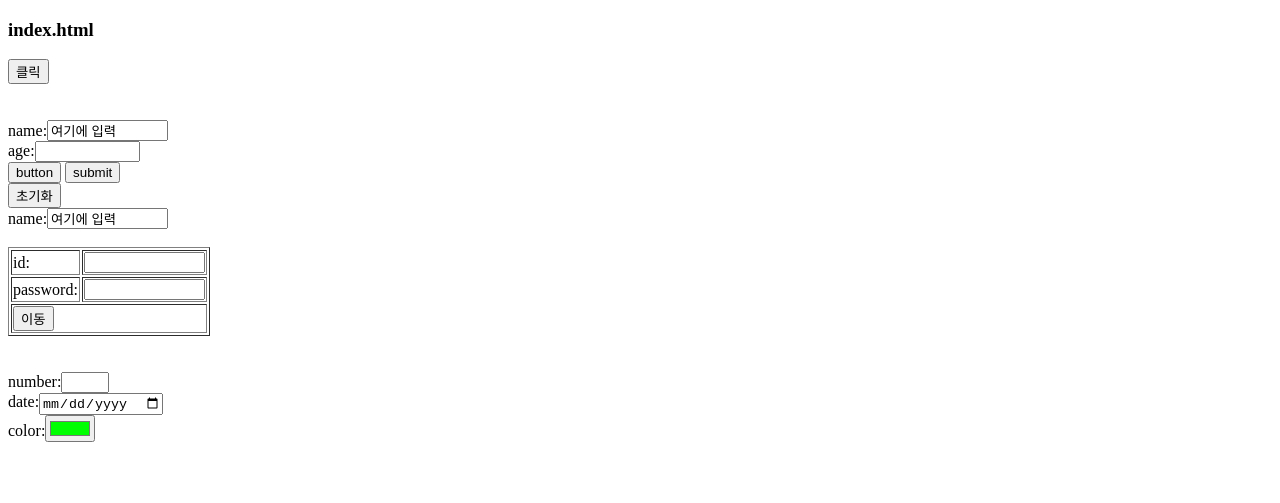
Repository: Jv2020/bitcamp
Page: html/sample04/WebContent/index.html
An editor plug-in stored every save of this project. The page is shown before and after the next save, followed by the edit.
The browser window is 1280 px wide. The pictures show the whole page.

Above is the page before, as saved 2020-01-03 02:53:23.

After the next save:
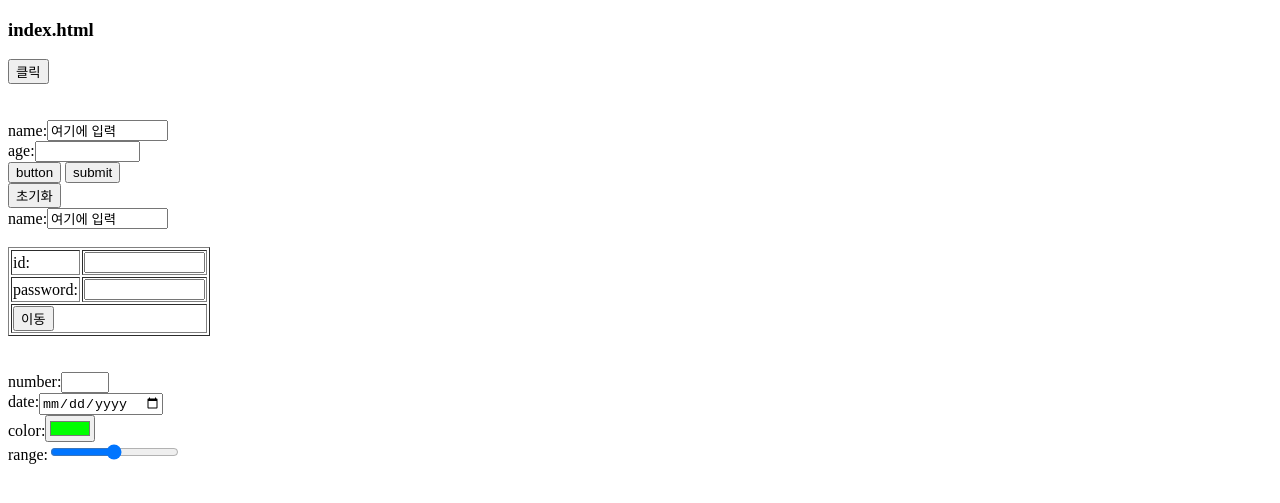
Saved 37 s later.
--- a/html/sample04/WebContent/index.html
+++ b/html/sample04/WebContent/index.html
@@ -81,6 +81,8 @@ name:<input type="text" value="여기에 입력" size="12">
 	date:<input type="date">
 	<br>
 	color:<input type="color" value="#00ff00">
+	<br>
+	range:<input type="range" max="10" min="0">
 </form>
 
 
